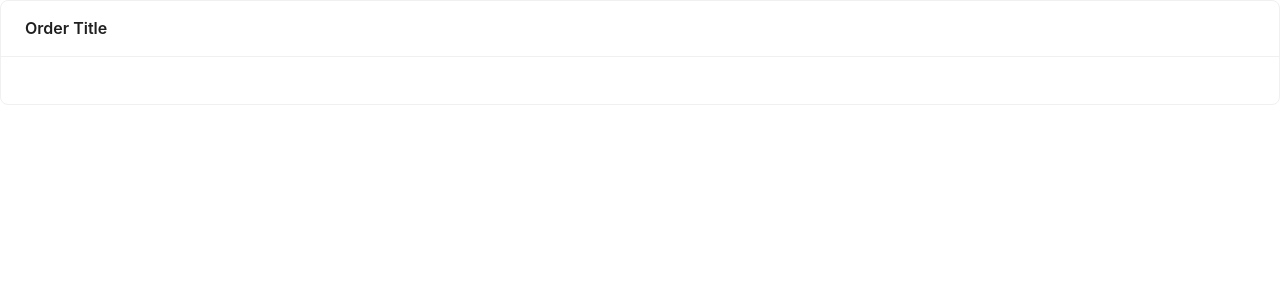
Repository: JamesPesenti/UberEatsDashboard
Page: /menu
These files come from the project's save history. The page is drawn as it stood at one moment and after the next save; the edit follows.
The browser window is 1280 px wide. The pictures show the whole page.
The project was rebuilt for these pictures with package versions that can differ from the ones it lists, and the page was loaded fresh each time.

Above is the page before, as saved 2023-02-24 15:31:19.

After the next save:
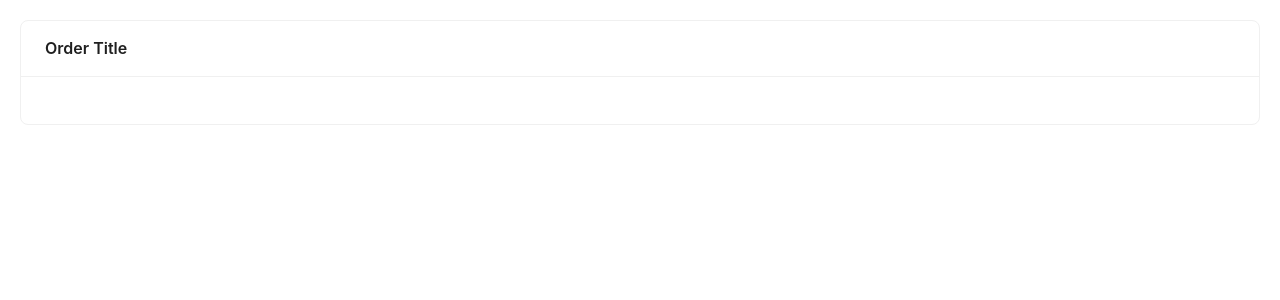
Saved 59 s later.
--- a/src/App.js
+++ b/src/App.js
@@ -5,7 +5,7 @@ import dishes from "../src/data/dishes.json"
 function App() {
   return (
     <>
-      <Card title={'Order Title'}>
+      <Card title={'Order Title'} style={{margin:20}}>
 
       </Card>
     </>
